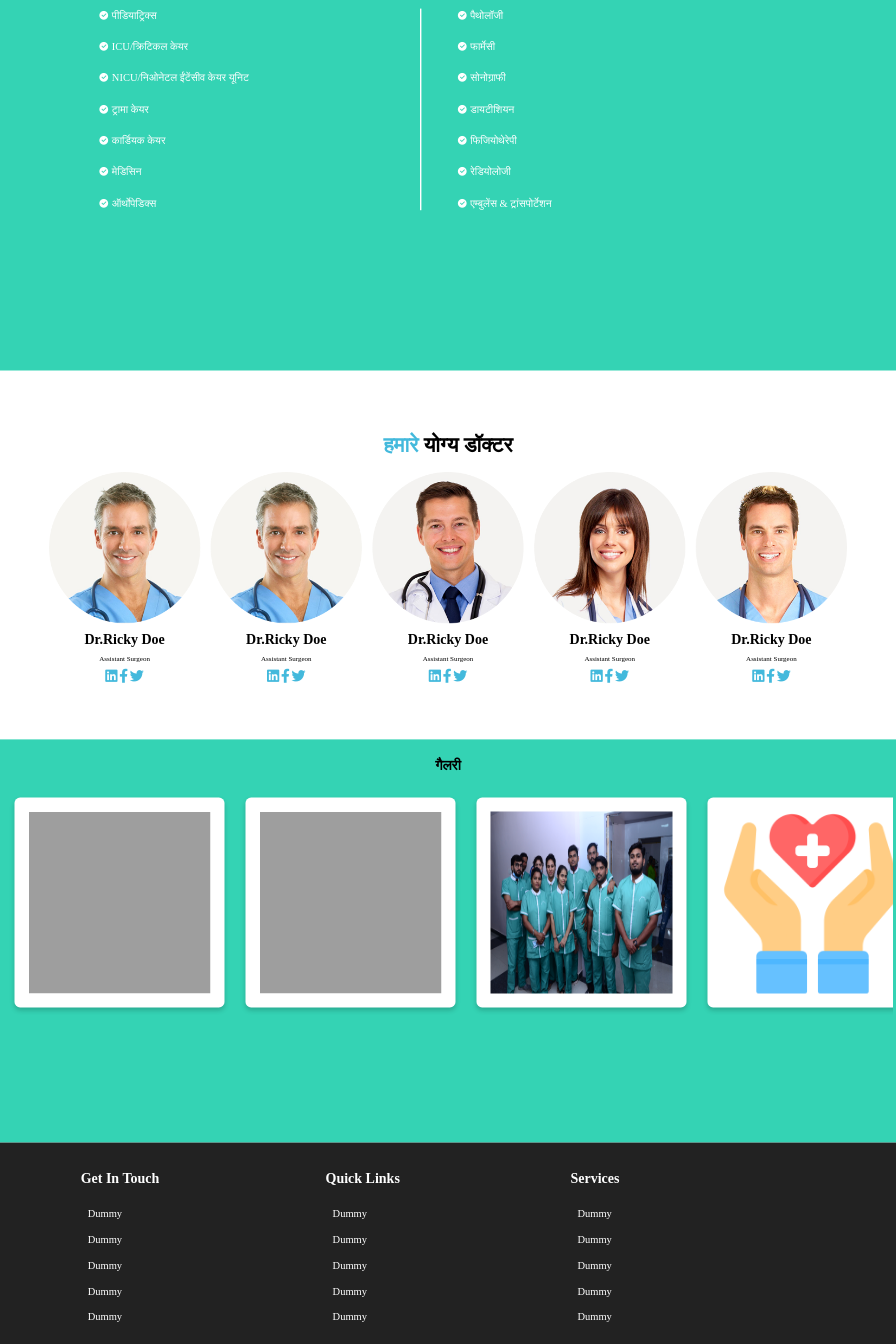
Repository: Aayush919/test
Page: index.html
These files come from the project's save history. The page is drawn as it stood at one moment and after the next save; the edit follows.
The browser window is 1280 px wide. The pictures show the part of the page from y = 2466 to 4386 px (the page is 4386 px tall), at 70% of full size.
Pictures or frames that could not be fetched are drawn as grey boxes. Some web libraries are served in a nearby version.

Above is the page before, as saved 2023-10-15 13:19:21.
Console error: TypeError: Cannot read properties of null (reading 'addEventListener')

After the next save:
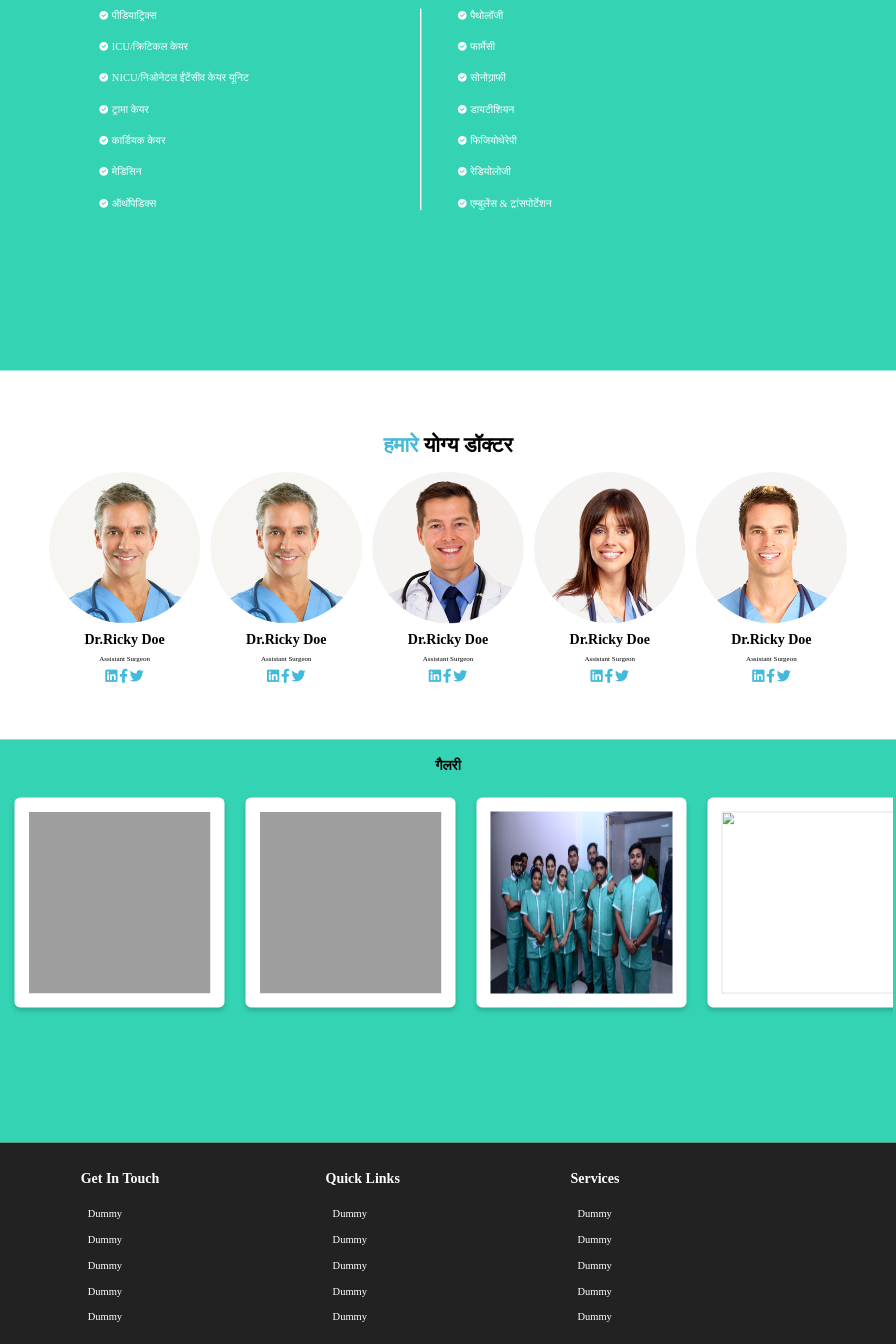
Not found: images/gel7.JPG alt=
Saved 13 s later.
--- a/index.html
+++ b/index.html
@@ -215,7 +215,7 @@
                 <img src="./images/gel5.JPG" alt="">
               </div>
               <div class="product-card">
-                <img src="./images/cardiac.png" alt="">
+                <img src="./images/gel7.JPG alt="">
               </div>
               <div class="product-card">
                 <img src="./images/cardiac.png" alt="">
